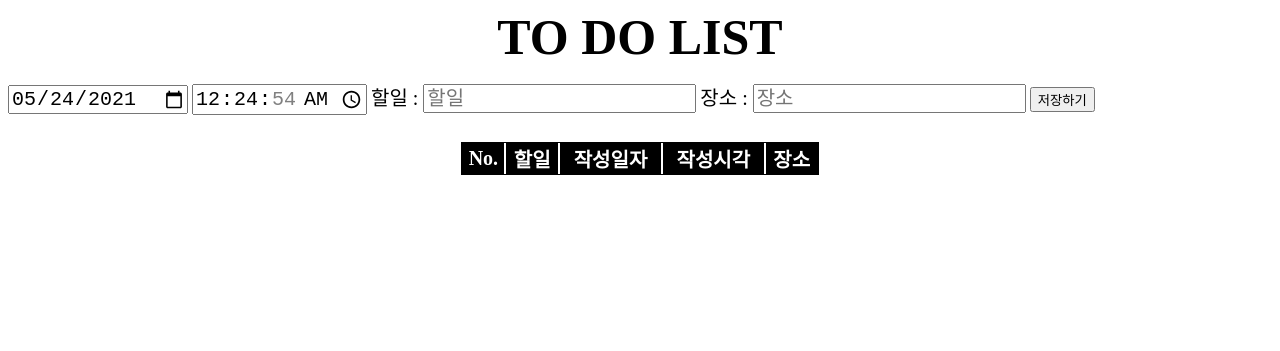
Repository: kimyoungjin98/Exam_Project
Page: http://localhost/Server_PR_TodoList/
These files come from the project's save history. The page is drawn as it stood at one moment and after the next save; the edit follows.
The browser window is 1280 px wide. The pictures show the whole page.
The page is served by Tomcat 9. Queries for data that is not in the repository find no rows.

Above is the page before, as saved 2021-05-24 06:27:46.

After the next save:
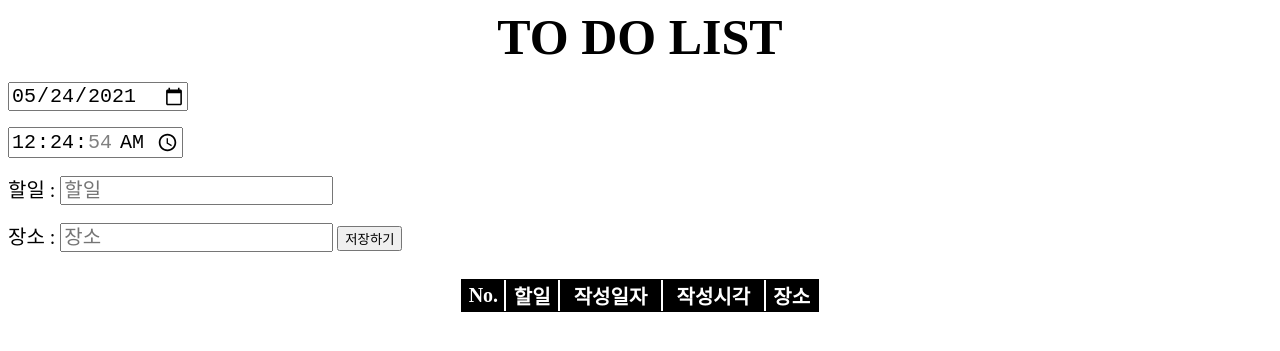
Saved 44 s later.
--- a/Server_PR_TodoList/src/main/webapp/WEB-INF/views/write.jsp
+++ b/Server_PR_TodoList/src/main/webapp/WEB-INF/views/write.jsp
@@ -39,10 +39,10 @@ document.addEventListener("DOMContentLoaded", function(ev){
 <body>
 
 	<form method="POST" class="1">
-	<input name="td_date" placeholder="작성일자" type="date" value="${TD.td_date}">
-	<input name="td_time" placeholder="작성시각" type="time" value="${TD.td_time}">
+	<input name="td_date" placeholder="작성일자" type="date" value="${TD.td_date}"><p>
+	<input name="td_time" placeholder="작성시각" type="time" value="${TD.td_time}"><p>
 	<label>할일 : </label>
-	<input name="td_content" placeholder="할일" value="${TD.td_content}"></input>
+	<input name="td_content" placeholder="할일" value="${TD.td_content}"></input><p>
 	<label>장소 : </label><input name="td_place" placeholder="장소" value="${TD.td_place}">
 
 		<button>저장하기</button>
